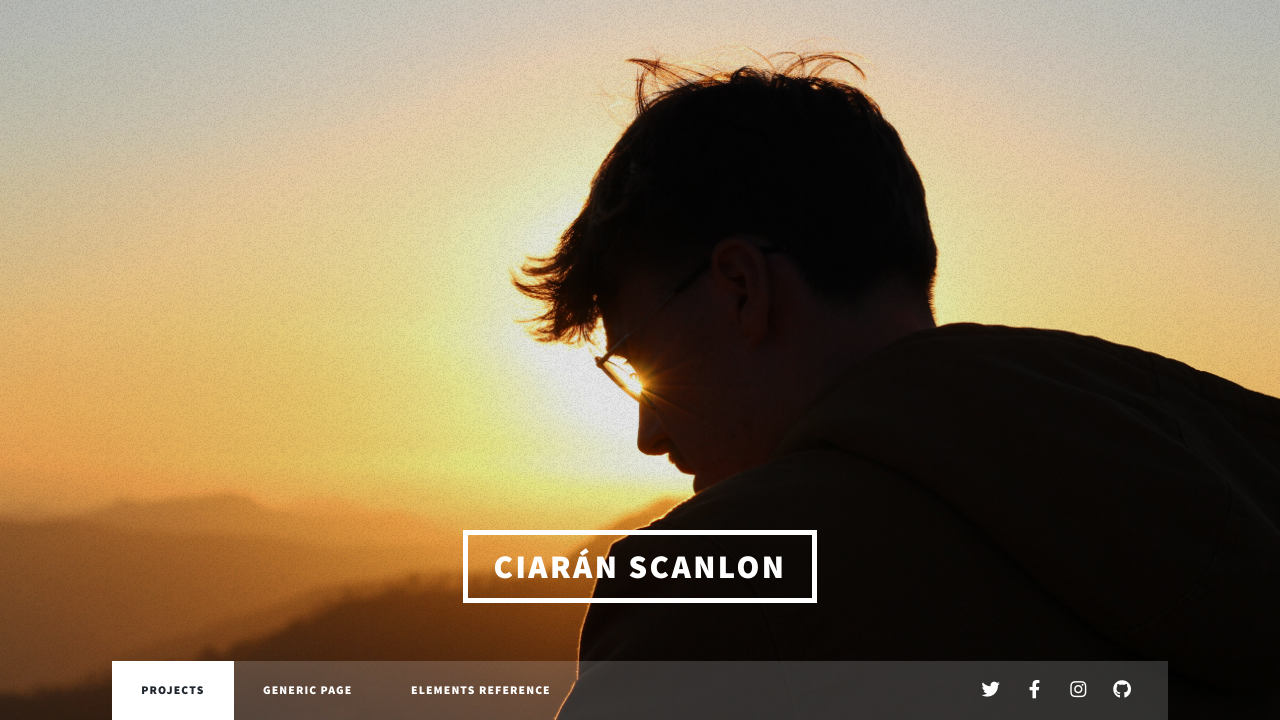
Repository: ciaranscan6/PersonalWebsite
Page: index.html
The author's editor kept a copy of each file at every save. The page is drawn from the files as they stood at one save, then again after the next save.
The browser window is 1280 px wide. The pictures show the window.
A layer covers the whole window, so only the first screen is drawn.

Above is the page before, as saved 2025-11-21 22:04:12.

After the next save:
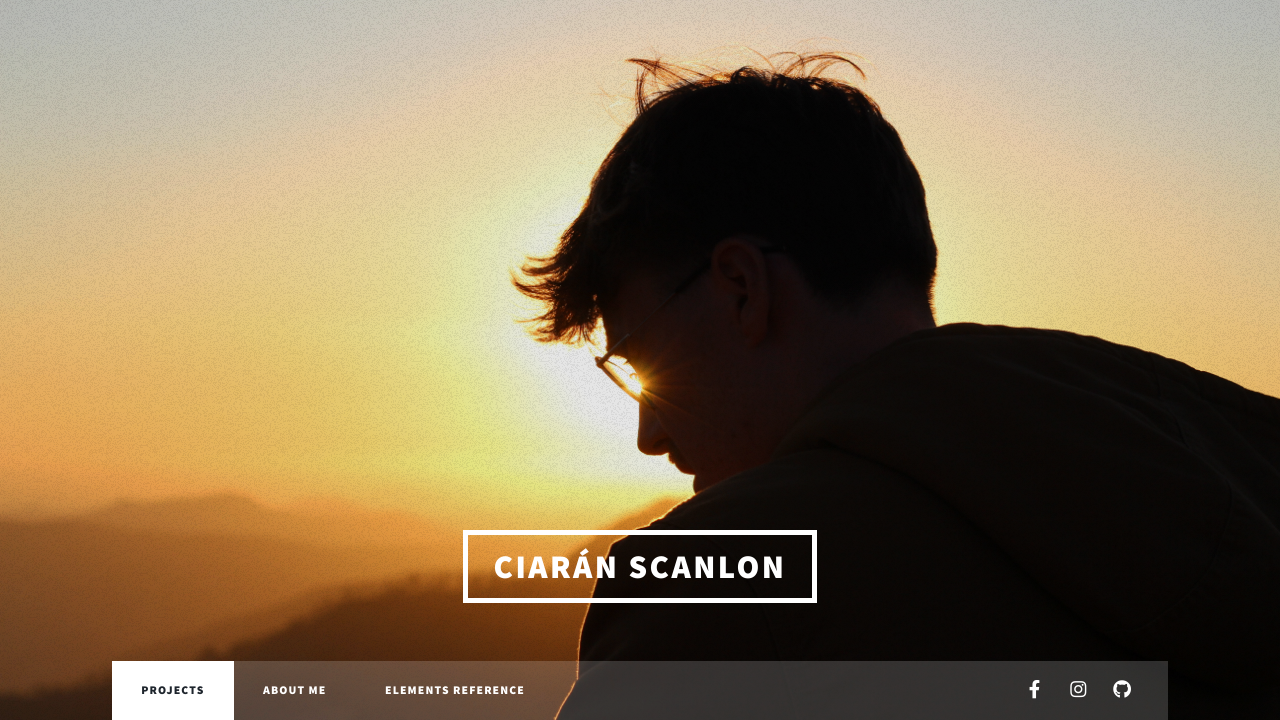
Saved 4 min 44 s later.
--- a/index.html
+++ b/index.html
@@ -36,11 +36,11 @@
 					<nav id="nav">
 						<ul class="links">
 							<li class="active"><a href="index.html">Projects</a></li>
-							<li><a href="generic.html">Generic Page</a></li>
+							<li><a href="about-me.html">About Me</a></li>
 							<li><a href="elements.html">Elements Reference</a></li>
 						</ul>
 						<ul class="icons">
-							<li><a href="#" class="icon brands fa-twitter"><span class="label">Twitter</span></a></li>
+							<li><a href="#" class="icon brands fade-in"><span class="label">LinkedIn</span></a></li>
 							<li><a href="#" class="icon brands fa-facebook-f"><span class="label">Facebook</span></a></li>
 							<li><a href="#" class="icon brands fa-instagram"><span class="label">Instagram</span></a></li>
 							<li><a href="#" class="icon brands fa-github"><span class="label">GitHub</span></a></li>
